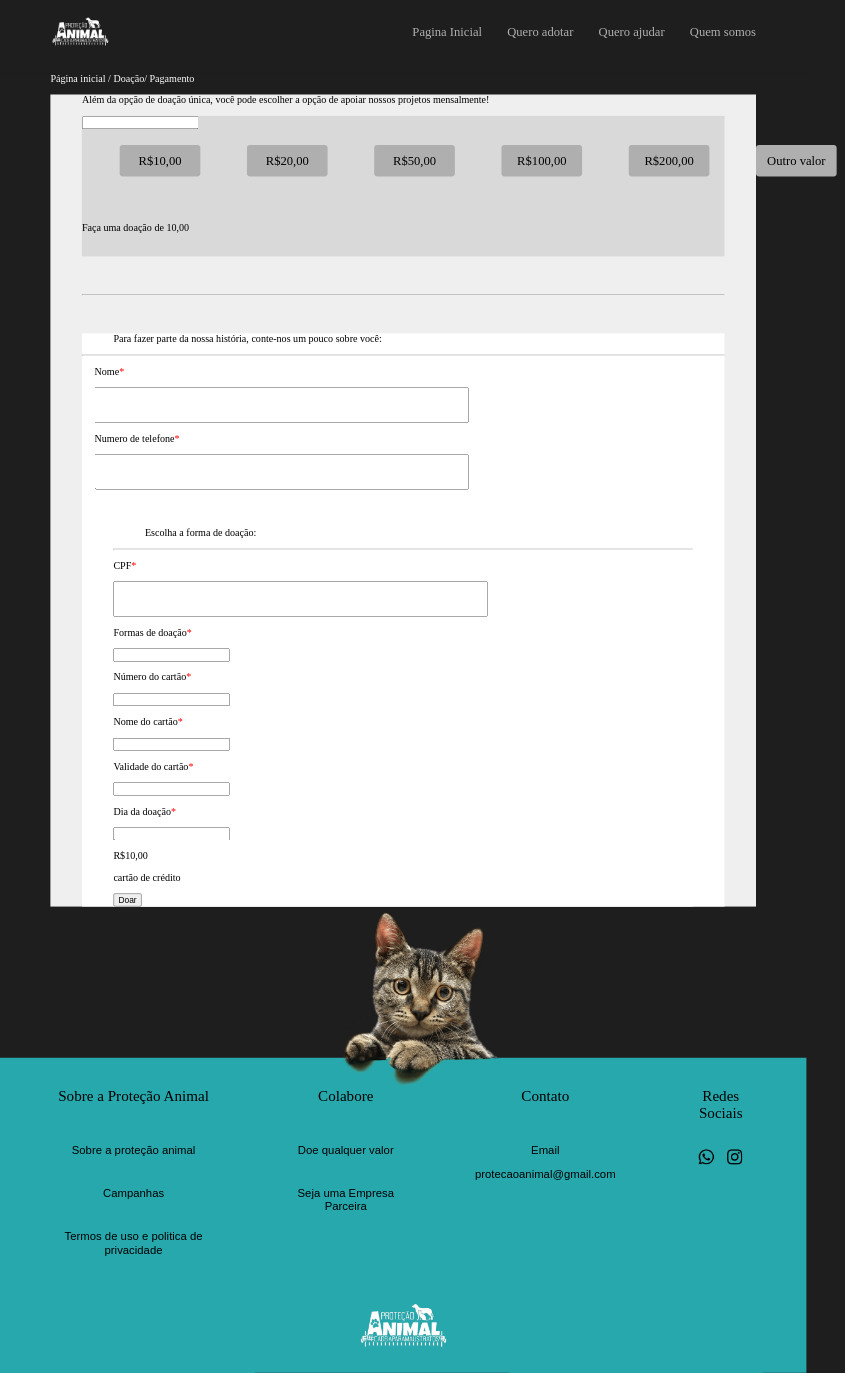
Repository: edjunior-nascimento/protecao-animal-web
Page: src/pages/formulario-doacao/index.html
An editor plug-in stored every save of this project. The page is shown before and after the next save, followed by the edit.
The browser window is 1280 px wide. The page is 1342 px wide, so the pictures cover 1342 px, including what lies to the right of the window. The pictures show the whole page, at 63% of full size.

Above is the page before, as saved 2025-03-07 03:37:57.

After the next save:
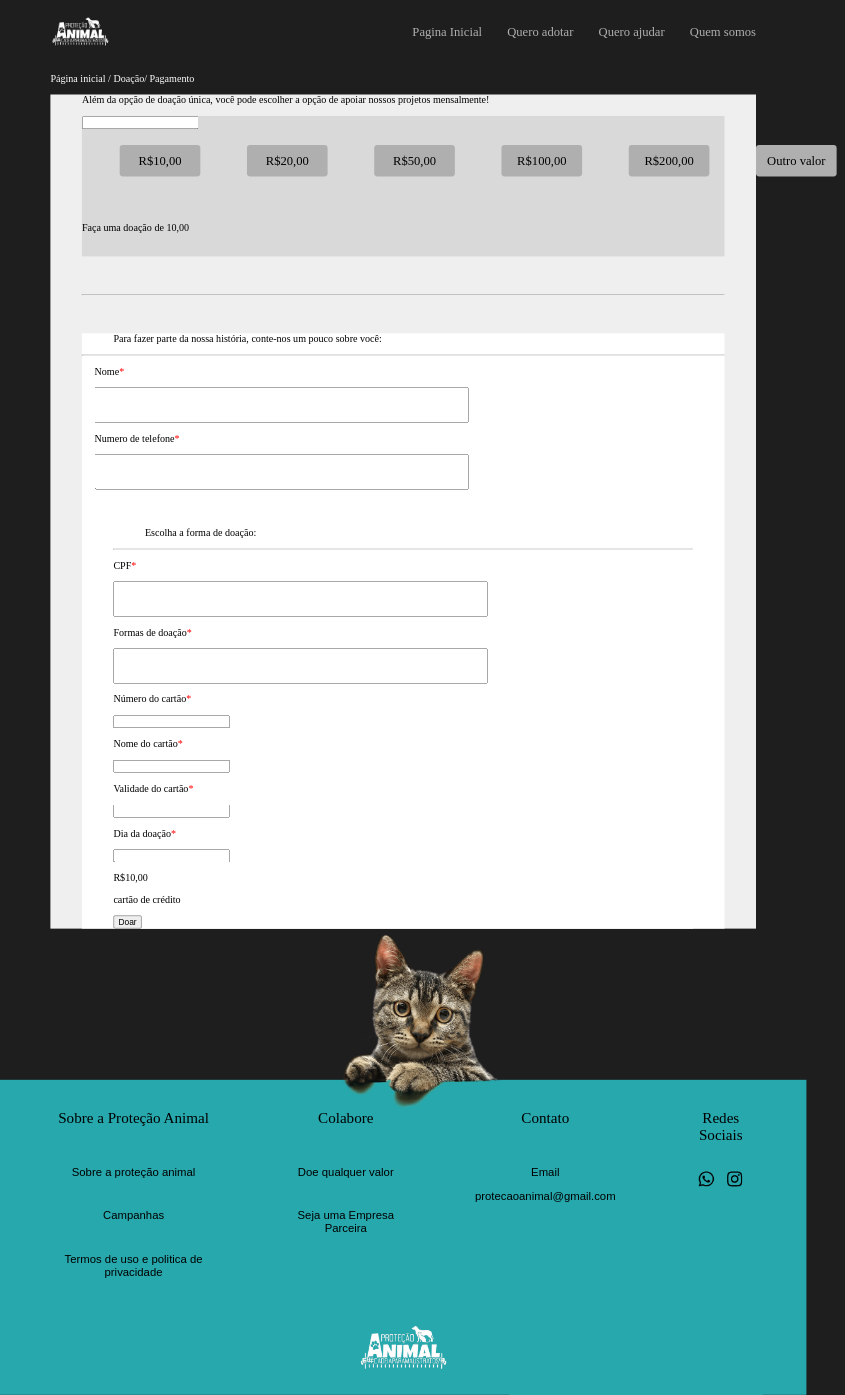
Saved 4 s later.
--- a/src/pages/formulario-doacao/index.html
+++ b/src/pages/formulario-doacao/index.html
@@ -108,7 +108,7 @@
                         </label>
                         <label>
                             <p>Formas de doação<span class="ast">*</span></p>
-                            <input type="text" name="forme-doacao" id="forme-doacao"></p>
+                            <input type="text" name="forme-doacao" id="forme-doacao"class="cadastro"></p>
                         </label>
                         <label>
                             <p>Número do cartão<span class="ast">*</span></p>
